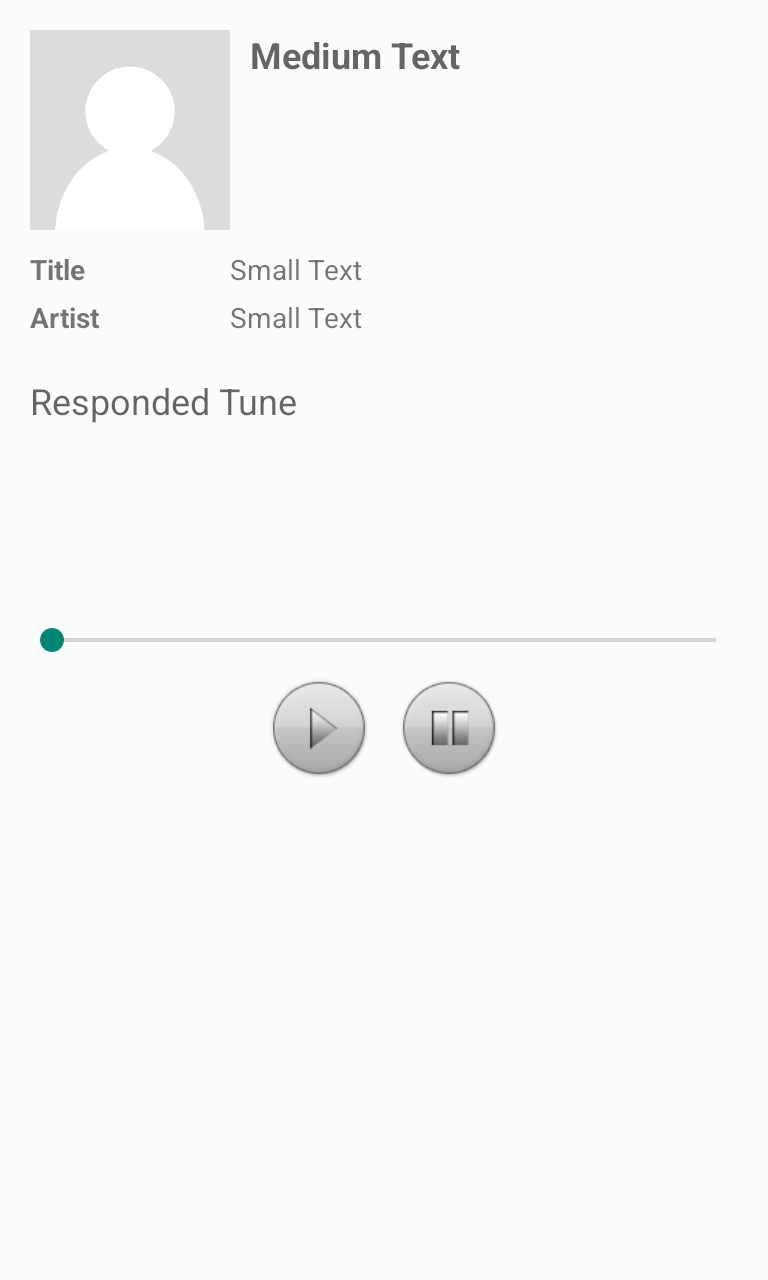
Repository: savindra/cutting-edge
Layout: Humzearch/res/layout/view_response_item.xml
An editor plug-in stored every save of this project. The layout is shown before and after the next save, followed by the edit.
It is drawn on a 768 x 1280 px phone screen (xhdpi) without system bars, with theme AppTheme; the app's code is not run.

Above is the layout before, as saved 2015-06-15 17:30:03.

After the next save:
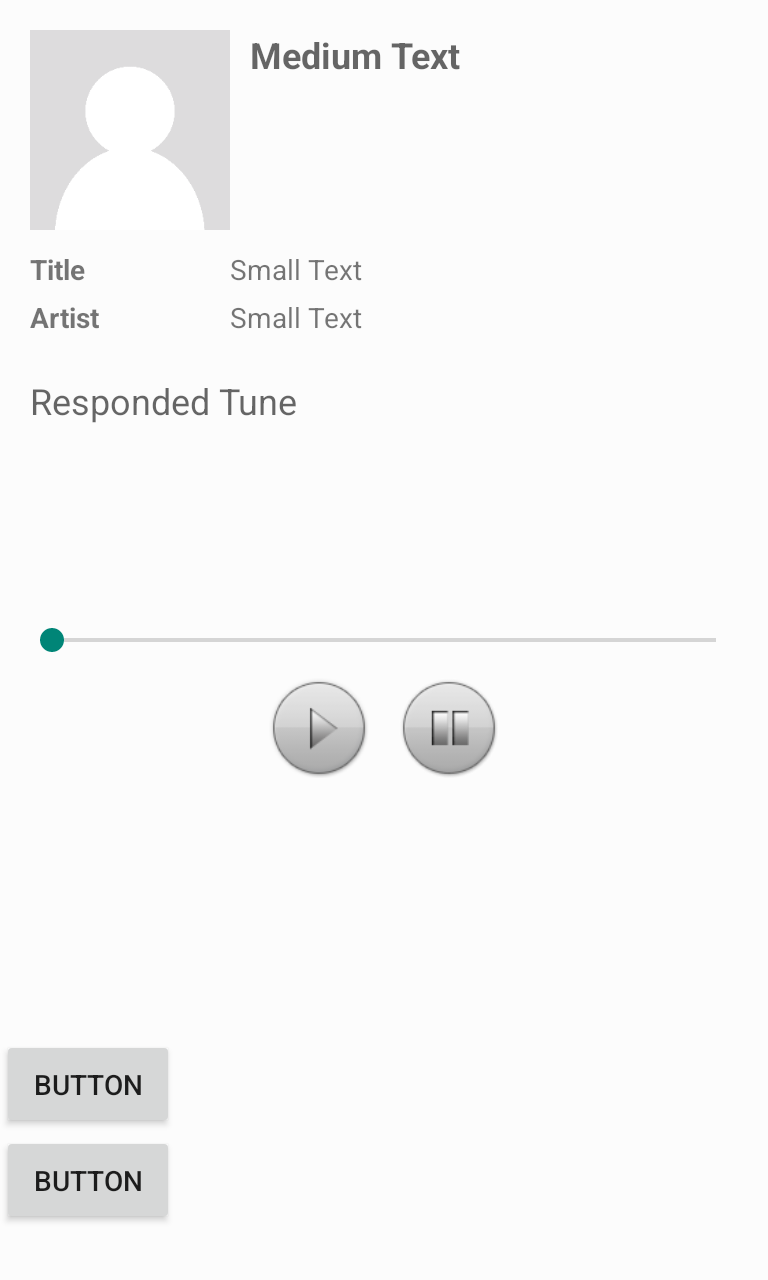
Saved 98 s later.
--- a/Humzearch/res/layout/view_response_item.xml
+++ b/Humzearch/res/layout/view_response_item.xml
@@ -114,4 +114,26 @@
 
     </LinearLayout>
 
+    <LinearLayout
+        android:layout_width="wrap_content"
+        android:layout_height="wrap_content"
+        android:layout_alignParentBottom="true"
+        android:layout_alignParentLeft="true"
+        android:layout_marginBottom="26dp"
+        android:orientation="vertical" >
+
+        <Button
+            android:id="@+id/button3"
+            android:layout_width="wrap_content"
+            android:layout_height="wrap_content"
+            android:text="Button" />
+
+        <Button
+            android:id="@+id/button4"
+            android:layout_width="wrap_content"
+            android:layout_height="wrap_content"
+            android:text="Button" />
+
+    </LinearLayout>
+
 </RelativeLayout>
